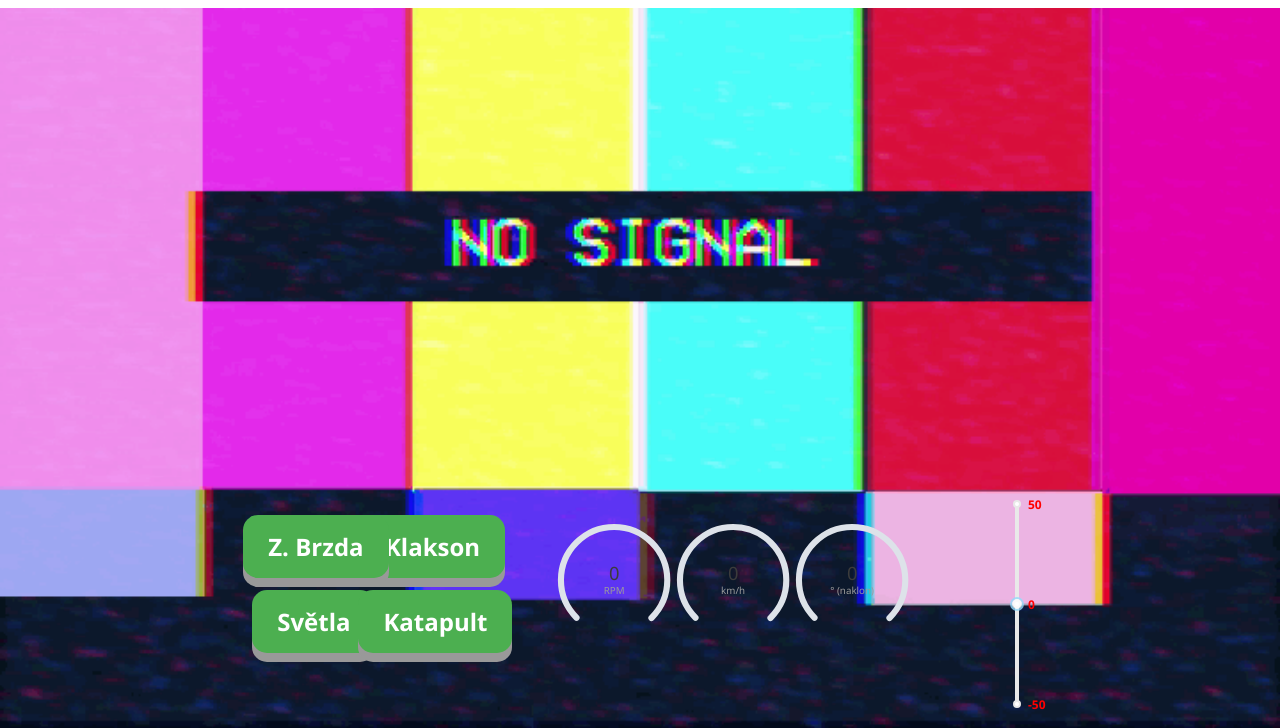
Repository: matyasvelc/train
Page: / (app in frontend/)
These files come from the project's save history. The page is drawn as it stood at one moment and after the next save; the edit follows.
The browser window is 1280 px wide. The page is 1288 px wide, so the pictures cover 1288 px, including what lies to the right of the window. The pictures show the whole page.
The page's requests for data from a server got no answer. The project was rebuilt for these pictures with package versions that can differ from the ones it lists, and the page was loaded fresh each time. No one was signed in, and anything a server would have sent is missing.

Above is the page before, as saved 2022-04-04 20:40:41.

After the next save:
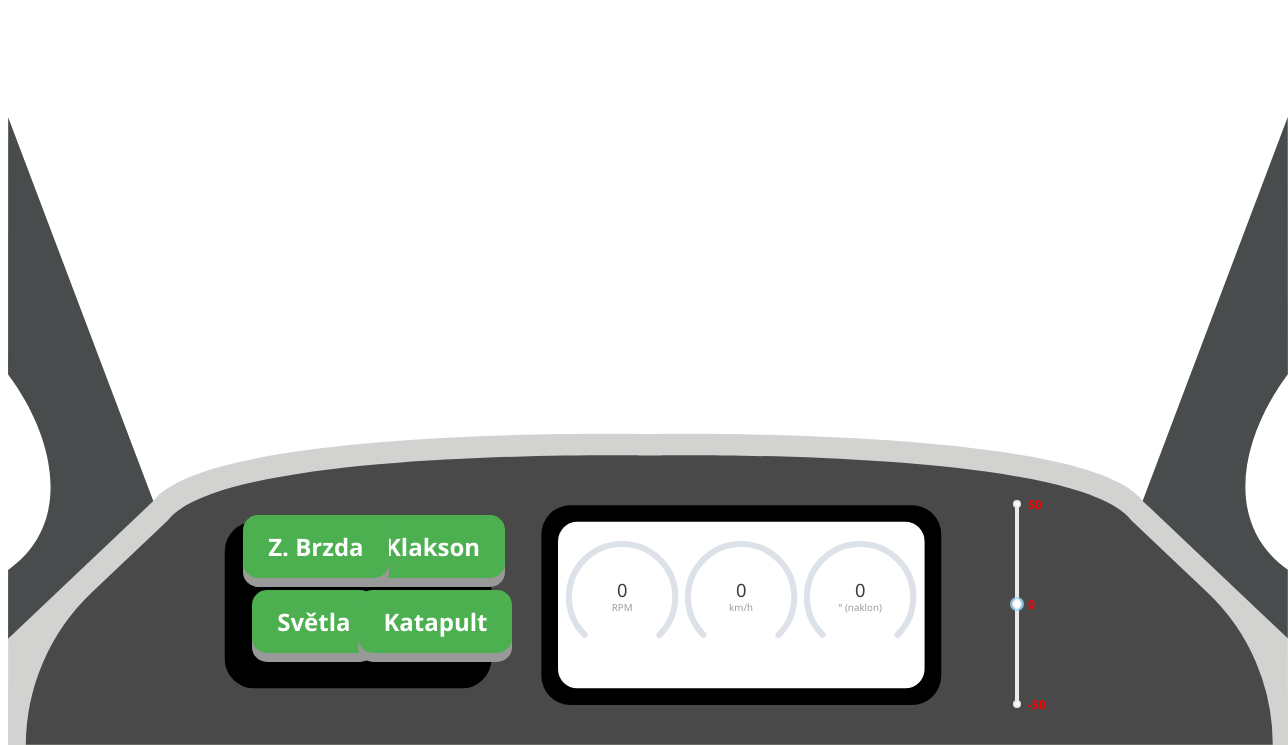
Saved 33 s later.
--- a/frontend/src/styles.css
+++ b/frontend/src/styles.css
@@ -10,7 +10,7 @@
   height: 100%;
 }
 
-.demo > div {
+.demo {
   width: 100%;
   height: 100%;
   left: 0;

After the save that followed:
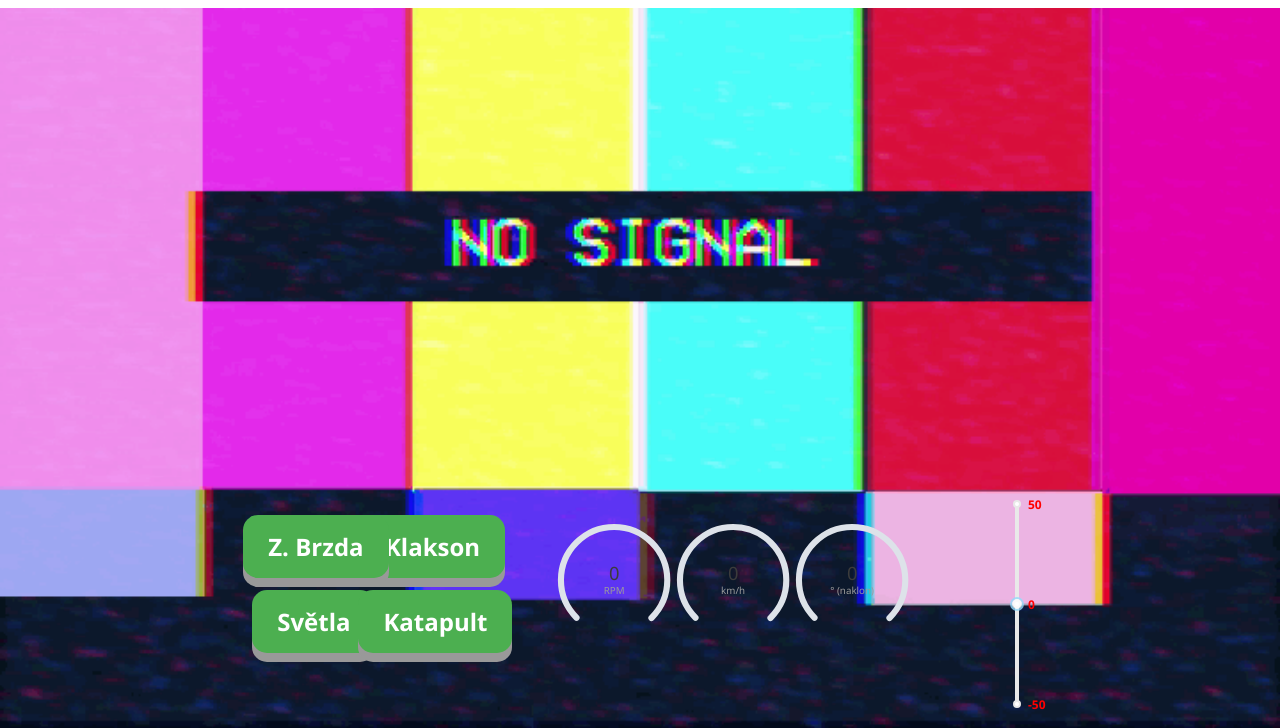
Saved 22 s later.
--- a/frontend/src/styles.css
+++ b/frontend/src/styles.css
@@ -10,7 +10,7 @@
   height: 100%;
 }
 
-.demo {
+.demo > div {
   width: 100%;
   height: 100%;
   left: 0;
